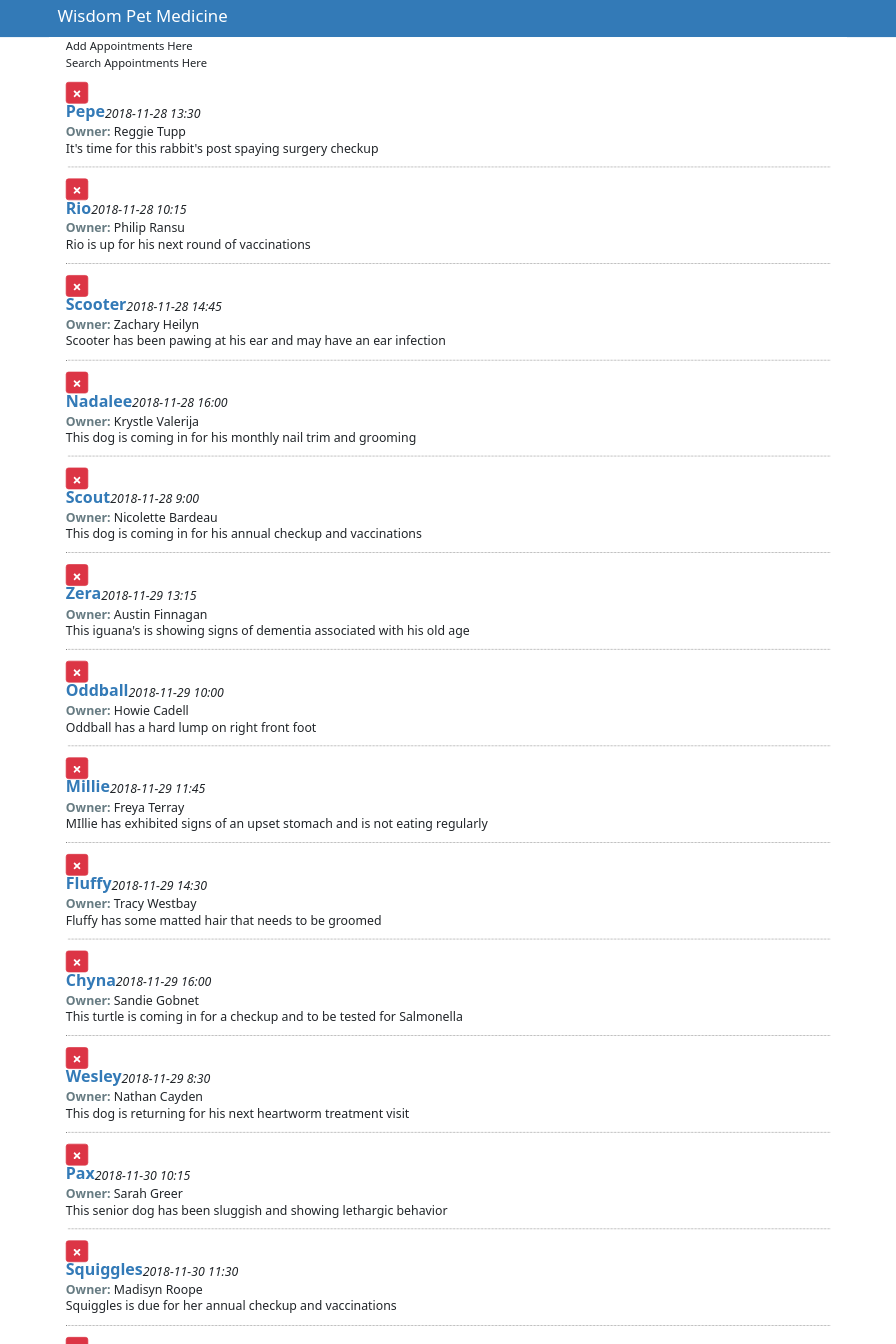
Repository: DevLuDaley/reactinterface
Page: /
An editor plug-in stored every save of this project. The page is shown before and after the next save, followed by the edit.
The browser window is 1280 px wide. The pictures show the part of the page from y = 0 to 1920 px (the page is 3618 px tall before and 3654 px after), at 70% of full size.
The project was rebuilt for these pictures with package versions that can differ from the ones it lists, and the page was loaded fresh each time.

Above is the page before, as saved 2021-02-04 19:25:46.

### public/index.html
<!DOCTYPE html>
<html lang="en">
  <head>
    <meta charset="utf-8" />
    <link rel="icon" href="%PUBLIC_URL%/favicon.ico" />
    <meta name="viewport" content="width=device-width, initial-scale=1" />
    <meta name="theme-color" content="#000000" />
    <meta
      name="description"
      content="Web site created using create-react-app"
    />
    <link rel="apple-touch-icon" href="%PUBLIC_URL%/logo192.png" />
    <!--
      manifest.json provides metadata used when your web app is installed on a
      user's mobile device or desktop. See https://developers.google.com/web/fundamentals/web-app-manifest/
    -->
    <link rel="manifest" href="%PUBLIC_URL%/manifest.json" />
    <!--
      Notice the use of %PUBLIC_URL% in the tags above.
      It will be replaced with the URL of the `public` folder during the build.
      Only files inside the `public` folder can be referenced from the HTML.

      Unlike "/favicon.ico" or "favicon.ico", "%PUBLIC_URL%/favicon.ico" will
      work correctly both with client-side routing and a non-root public URL.
      Learn how to configure a non-root public URL by running `npm run build`.
    -->
    <title>React App</title>
  </head>
  <body>
    <noscript>You need to enable JavaScript to run this app.</noscript>
    <header class="container text-white">
      <h4 class="py-2">Wisdom Pet Medicine</h4>
    </header>

    <div id="root"></div>

    <footer class="container d-flex text-white py-2">
      <p>
        All contents &copy; 2018
        <a href="https://www.linkedin.com/learning">LinkedIn Learning</a>. All
        rights reserved.
      </p>
      <div class="ml-auto">
        <a class="d-block text-white" href="#">Terms of use</a>
        <a class="d-block text-white" href="#">Privacy policy</a>
      </div>
      <!-- col-md-6 -->
    </footer>
    <!-- footer -->
  </body>
</html>

### src/index.js
import React from 'react';
import ReactDOM from 'react-dom';
import 'bootstrap/dist/css/bootstrap.css'
import './css/index.css';
import App from './components/App';
import reportWebVitals from './reportWebVitals';
// import * as serviceWorker from './serviceWorker';
import 'jquery/dist/jquery'
import 'popper.js/dist/umd/popper'
import 'bootstrap/dist/js/bootstrap'

ReactDOM.render(
  <React.StrictMode>
    <App />
  </React.StrictMode>,
  document.getElementById('root')
);

// If you want to start measuring performance in your app, pass a function
// to log results (for example: reportWebVitals(console.log))
// or send to an analytics endpoint. Learn more: https://bit.ly/CRA-vitals
// serviceWorker.unregister()
reportWebVitals();

### src/components/App.js
import React, { Component } from 'react';
import '../css/App.css';

import AddAppointments from './AddAppointments';
import SearchAppointments from './SearchAppointments';
import ListAppointments from './ListAppointments';

import { without } from 'lodash';

class App extends Component {
  constructor() {
    super();
    this.state = {
      myAppointments: [],
      lastIndex: 0
    };
    this.deleteAppointment = this.deleteAppointment.bind(this);
  }

  deleteAppointment(apt) {
    let tempApts = this.state.myAppointments;
    tempApts = without(tempApts, apt);

    this.setState({
      myAppointments: tempApts
    });
  }

  componentDidMount() {
    fetch('./data.json')
      .then(response => response.json())
      .then(result => {
        const apts = result.map(item => {
          item.aptId = this.state.lastIndex;
          this.setState({ lastIndex: this.state.lastIndex + 1 });
          return item;
        });
        this.setState({
          myAppointments: apts
        });
      });
  }

  render() {
    return (
      <main className="page bg-white" id="petratings">
        <div className="container">
          <div className="row">
            <div className="col-md-12 bg-white">
              <div className="container">
                <AddAppointments />
                <SearchAppointments />
                <ListAppointments
                  appointments={this.state.myAppointments}
                  deleteAppointment={this.deleteAppointment}
                />
              </div>
            </div>
          </div>
        </div>
      </main>
    );
  }
}

export default App;

### src/components/AddAppointments.js
import React, { Component } from 'react'

class AddAppointments extends Component {
    constructor(props) {
        super(props);
        this.state = {  }
    }
    render() {
        return (
            <div>
                Add Appointments Here
            </div>
         );
    }
}

export default AddAppointments;

### src/components/SearchAppointments.js
import React, { Component } from 'react'
class SearchAppointments extends Component {
    constructor(props) {
        super(props);
        this.state = {  }
    }
    render() {
        return (
        <div>
            Search Appointments Here
        </div>
        );
    }
}

export default SearchAppointments;

### src/components/ListAppointments.js
import React, { Component } from 'react';
import { FaTimes } from 'react-icons/fa';
// import Moment from 'react-moment';

class ListAppointments extends Component {
  render() {
    return (
      <div className="appointment-list item-list mb-3">
        {this.props.appointments.map(item => (
          <div className="pet-item col media py-3" key={item.aptId}>
            <div className="mr-3">
              <button
                className="pet-delete btn btn-sm btn-danger"
                onClick={() => this.props.deleteAppointment(item)}>
                <FaTimes />
              </button>
            </div>

            <div className="pet-info media-body">
              <div className="pet-head d-flex">
                <span className="pet-name">{item.petName}</span>
                <span className="apt-date ml-auto">
                  {/* <Moment */}
                    {/* date= */}
                    {item.aptDate}
                    {/* parse="YYYY-MM-dd hh:mm" */}
                    {/* format="MMM-D h:mma" */}
                  {/* /> */}
                </span>
              </div>

              <div className="owner-name">
                <span className="label-item">Owner: </span>
                <span>{item.ownerName}</span>
              </div>
              <div className="apt-notes">{item.aptNotes}</div>
            </div>
          </div>
        ))}
      </div>
    );
  }
}

export default ListAppointments;

### public/data.json
[
  {
    "petName": "Pepe",
    "ownerName": "Reggie Tupp",
    "aptNotes": "It's time for this rabbit's post spaying surgery checkup",
    "aptDate": "2018-11-28 13:30"
  },
  {
    "petName": "Rio",
    "ownerName": "Philip Ransu",
    "aptNotes": "Rio is up for his next round of vaccinations",
    "aptDate": "2018-11-28 10:15"
  },
  {
    "petName": "Scooter",
    "ownerName": "Zachary Heilyn",
    "aptNotes": "Scooter has been pawing at his ear and may have an ear infection",
    "aptDate": "2018-11-28 14:45"
  },
  {
    "petName": "Nadalee",
    "ownerName": "Krystle Valerija",
    "aptNotes": "This dog is coming in for his monthly nail trim and grooming",
    "aptDate": "2018-11-28 16:00"
  },
  {
    "petName": "Scout",
    "ownerName": "Nicolette Bardeau",
    "aptNotes": "This dog is coming in for his annual checkup and vaccinations",
    "aptDate": "2018-11-28 9:00"
  },
  {
    "petName": "Zera",
    "ownerName": "Austin Finnagan",
    "aptNotes": "This iguana's is showing signs of dementia associated with his old age",
    "aptDate": "2018-11-29 13:15"
  },
  {
    "petName": "Oddball",
    "ownerName": "Howie Cadell",
    "aptNotes": "Oddball has a hard lump on right front foot",
    "aptDate": "2018-11-29 10:00"
  },
  {
    "petName": "Millie",
    "ownerName": "Freya Terray",
    "aptNotes": "MIllie has exhibited signs of an upset stomach and is not eating regularly",
    "aptDate": "2018-11-29 11:45"
  },
  {
    "petName": "Fluffy",
    "ownerName": "Tracy Westbay",
    "aptNotes": "Fluffy has some matted hair that needs to be groomed",
    "aptDate": "2018-11-29 14:30"
  },
  {
    "petName": "Chyna",
    "ownerName": "Sandie Gobnet",
    "aptNotes": "This turtle is coming in for a checkup and to be tested for Salmonella",
    "aptDate": "2018-11-29 16:00"
  },
  {
    "petName": "Wesley",
    "ownerName": "Nathan Cayden",
    "aptNotes": "This dog is returning for his next heartworm treatment visit",
    "aptDate": "2018-11-29 8:30"
  },
  {
    "petName": "Pax",
    "ownerName": "Sarah Greer",
    "aptNotes": "This senior dog has been sluggish and showing lethargic behavior",
    "aptDate": "2018-11-30 10:15"
  },
  {
    "petName": "Squiggles",
    "ownerName": "Madisyn Roope",
    "aptNotes": "Squiggles is due for her annual checkup and vaccinations",
    "aptDate": "2018-11-30 11:30"
  },
  {
    "petName": "Lucky",
    "ownerName": "Lisa Choy-Wu",
    "aptNotes": "This cat has tartar buildup and her owner would like his teeth cleaned",
    "aptDate": "2018-11-30 14:30"
  },
  {
    "petName": "Bailey",
    "ownerName": "Leslie Richardson",
    "aptNotes": "This cat is suffering from hotspots and dermatitis",
    "aptDate": "2018-11-30 15:45"
  },
  {
    "petName": "Kiko",
    "ownerName": "Kathlyn Zlata",
    "aptNotes": "Kiko has been exhibiting excessive thirst and weight loss for the past few weeks",
    "aptDate": "2018-11-30 9:00"
  },
  {
    "petName": "Felix",
    "ownerName": "Francine Benet",
    "aptNotes": "Felix's mom is coming in to follow up on  lab work results",
    "aptDate": "2018-12-1 13:00"
  },
  {
    "petName": "Sami",
    "ownerName": "Maggie Rickland",
    "aptNotes": "Sami has had some changes in his bathroom in habits",
    "aptDate": "2018-12-1 10:00"
  },
  {
    "petName": "Cosmo",
    "ownerName": "Jennifer Dawson",
    "aptNotes": "Cosmo's mom would like us to check for arthritic conditions and do a routine checkup",
    "aptDate": "2018-12-1 11:30"
  },
  {
    "petName": "Casper",
    "ownerName": "Dalania Devitto",
    "aptNotes": "This dog is coming in for a nail trim and grooming",
    "aptDate": "2018-12-1 15:15"
  },
  {
    "petName": "Chip",
    "ownerName": "Jason Hemlock",
    "aptNotes": "This fish has a spotty white patch developing on his back ",
    "aptDate": "2018-12-1 8:45"
  },
  {
    "petName": "Tibbs",
    "ownerName": "Shad Cayden",
    "aptNotes": "Tibbs has had an ongoing rash and cold symptoms and we are going to run allergy tests",
    "aptDate": "2018-12-2 13:30"
  },
  {
    "petName": "Stich",
    "ownerName": "Dennis Nicholback",
    "aptNotes": "Stich has been having some stomach issues and is due for his vaccinations",
    "aptDate": "2018-12-2 10:15"
  },
  {
    "petName": "Shadow",
    "ownerName": "Audry Topsy",
    "aptNotes": "This cat has a red swollen eye with a discharge",
    "aptDate": "2018-12-2 15:00"
  },
  {
    "petName": "Nugget",
    "ownerName": "Darla Branson",
    "aptNotes": "This little fish Nugget, has  a rash on his stomach area",
    "aptDate": "2018-12-2 9:00"
  }
]

Loaded but not shown: src/css/index.css (common file); src/reportWebVitals.js (common file); src/css/App.css (common file)

After the next save:
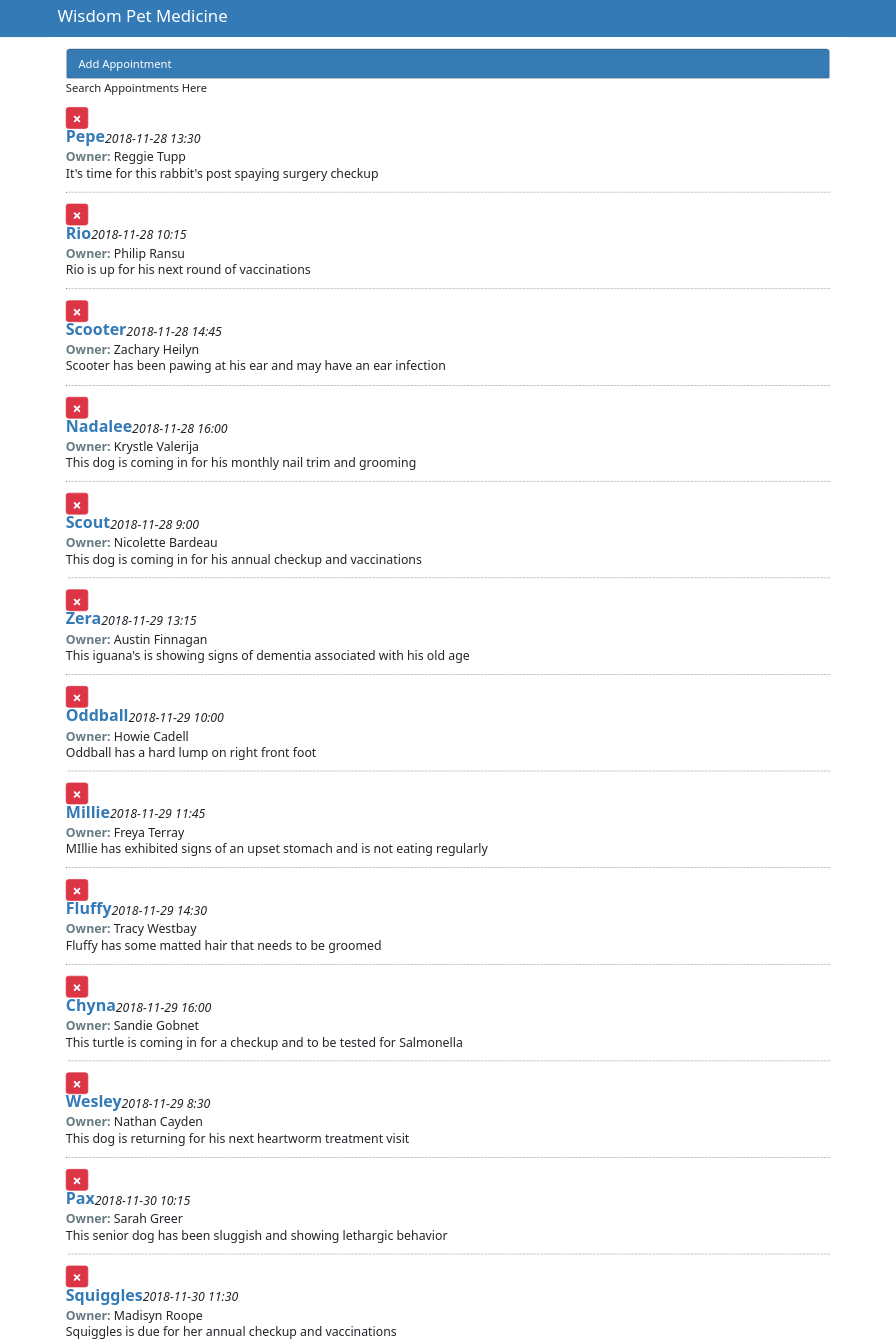
Saved 79 s later.
--- a/src/components/AddAppointments.js
+++ b/src/components/AddAppointments.js
@@ -1,17 +1,117 @@
-import React, { Component } from 'react'
+import React, { Component } from 'react';
 
 class AddAppointments extends Component {
-    constructor(props) {
-        super(props);
-        this.state = {  }
-    }
-    render() {
-        return (
-            <div>
-                Add Appointments Here
+  render() {
+    return (
+      <div
+        className={
+          'card textcenter mt-3 ' +
+          (this.props.formDisplay ? '' : 'add-appointment')
+        }
+      >
+        <div className="apt-addheading card-header bg-primary text-white">
+          Add Appointment
+        </div>
+
+        <div className="card-body">
+          <form id="aptForm" noValidate>
+            <div className="form-group form-row">
+              <label
+                className="col-md-2 col-form-label text-md-right"
+                htmlFor="petName"
+                readOnly
+              >
+                Pet Name
+              </label>
+              <div className="col-md-10">
+                <input
+                  type="text"
+                  className="form-control"
+                  name="petName"
+                  placeholder="Pet's Name"
+                />
+              </div>
             </div>
-         );
-    }
+
+            <div className="form-group form-row">
+              <label
+                className="col-md-2 col-form-label text-md-right"
+                htmlFor="ownerName"
+              >
+                Pet Owner
+              </label>
+              <div className="col-md-10">
+                <input
+                  type="text"
+                  className="form-control"
+                  name="ownerName"
+                  placeholder="Owner's Name"
+                />
+              </div>
+            </div>
+
+            <div className="form-group form-row">
+              <label
+                className="col-md-2 col-form-label text-md-right"
+                htmlFor="aptDate"
+              >
+                Date
+              </label>
+              <div className="col-md-4">
+                <input
+                  type="date"
+                  className="form-control"
+                  name="aptDate"
+                  id="aptDate"
+                />
+              </div>
+              <label
+                className="col-md-2 col-form-label text-md-right"
+                htmlFor="aptTime"
+              >
+                Time
+              </label>
+              <div className="col-md-4">
+                <input
+                  type="time"
+                  className="form-control"
+                  name="aptTime"
+                  id="aptTime"
+                />
+              </div>
+            </div>
+
+            <div className="form-group form-row">
+              <label className="col-md-2 text-md-right" htmlFor="aptNotes">
+                Apt. Notes
+              </label>
+              <div className="col-md-10">
+                <textarea
+                  className="form-control"
+                  rows="4"
+                  cols="50"
+                  name="aptNotes"
+                  id="aptNotes"
+                  placeholder="Appointment Notes"
+                />
+              </div>
+            </div>
+
+            <div className="form-group form-row mb-0">
+              <div className="offset-md-2 col-md-10">
+                <button
+                  type="submit"
+                  className="btn btn-primary d-block ml-auto"
+                >
+                  Add Appointment
+                </button>
+              </div>
+            </div>
+          </form>
+        </div>
+      </div>
+    );
+  }
 }
 
 export default AddAppointments;
